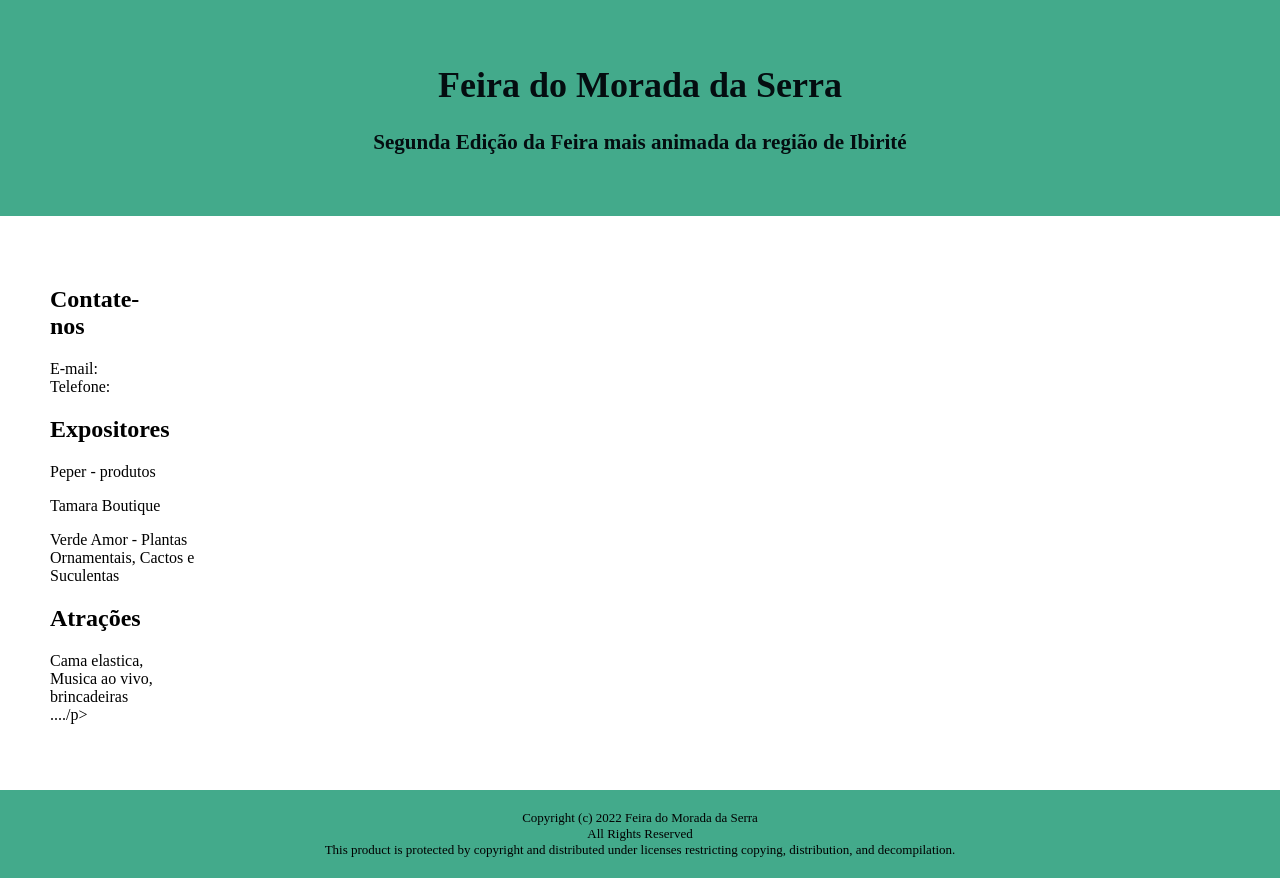
Repository: valerianogueirasilva/feiraibirite
Page: SoacialProject/Index.html
An editor plug-in stored every save of this project. The page is shown before and after the next save, followed by the edit.
The browser window is 1280 px wide. The pictures show the whole page.

Above is the page before, as saved 2022-07-11 15:22:40.

### SoacialProject/Index.html
<!DOCTYPE html>
<html>
<head>
<meta charset="ISO-8859-1">
<title> Feira Social do Morada da Serra </title>
<link rel="stylesheet" type="text/css" href="Css/cssfile.css" >

<div id="DivHeaderId" class=DivHeaderClass">
<header id="HeaderId" class="HeaderClass">
<h1 id="H1HeaderId" class="H1HeaderClass">Feira do Morada da Serra</h1>
<h3 id="H3HeaderId" class="H3HeaderClass">Segunda Edição da Feira mais animada da região de Ibirité</h3>
</header>
</div>


</head>
<body>

<div id= "DivRowId" class="DivRowClass">
  <div id="ColumnRigthId" class="ColumnRigthClass">
    <h2>Contate-nos</h2>
    <p>E-mail: <br> Telefone: <br> </p>
  </div>

  <div ide="ColumnMiddleId" class="ColumnMiddleClass">
    <h2>Expositores</h2>
    <p id="PeperId" Class="PeperClass"> Peper - produtos </p>
    <p> Tamara Boutique </p>
    <p id="VerdeAmorId" class="VerdeAmorClass"> Verde Amor - Plantas Ornamentais, Cactos e Suculentas</p>
    <p></p>
    <p></p>
    <p></p>
    <p></p>
    <p></p>
    <p></p>
    <p></p>
    <p></p>
    <p></p>
    <p></p>
    <p></p>
    <p></p>
    <p></p>
    <p></p>
    <p></p>
    <p></p>
    <p></p>
    <p></p>
    <p></p>
    <p></p>
    <p></p>
    <p></p>
    <p></p>
    <p></p>
    <p></p>

  </div>

<div id="ColumnLeftId" class="ColumnLeftClass"">
    <h2>Atrações</h2>
    <p>Cama elastica, Musica ao vivo, brincadeiras ..../p>
  </div>
</div>


<footer ide="FooterId" class="FooterClass" >Copyright (c) 2022 Feira do Morada da Serra <br> All Rights Reserved <br>

This product is protected by copyright and distributed under
licenses restricting copying, distribution, and decompilation. </footer>

</body>
</html>

### SoacialProject/Css/cssfile.css
/*
Author: Valeria Nogueira
Date: 11 july 2022
Section: Social Project

https://coolors.co/f94144-f3722c-f8961e-fdc9b0-f9c74f-74a94c-43aa8b-4f9290-ffffff-040d10
*/

.HeaderClass {
   text-align: center;
   background: #43AA8B;
   padding: 40px;
   font-size: 18px;
   color: #040D10;
}

body {
  margin: 0;
}


.DivRowClass{
	float: center;
	padding: 50px;
	width: 33%;
}


.column {
  float: left;
  padding: 10px;
}

.ColumnRigthClass {
	width: 25%;
}
.ColumnMiddleClass{
	width: 50%;
}

.ColumnLeftClass {
	width: 25%;
}

/* Clear floats after the columns */
.row:after {
  content: "";
  display: table;
  clear: both;
}








.FooterClass {
	text-align: center;
	padding: 20px;
	background: #43AA8B;
	font-size: 13px;
}

After the next save:
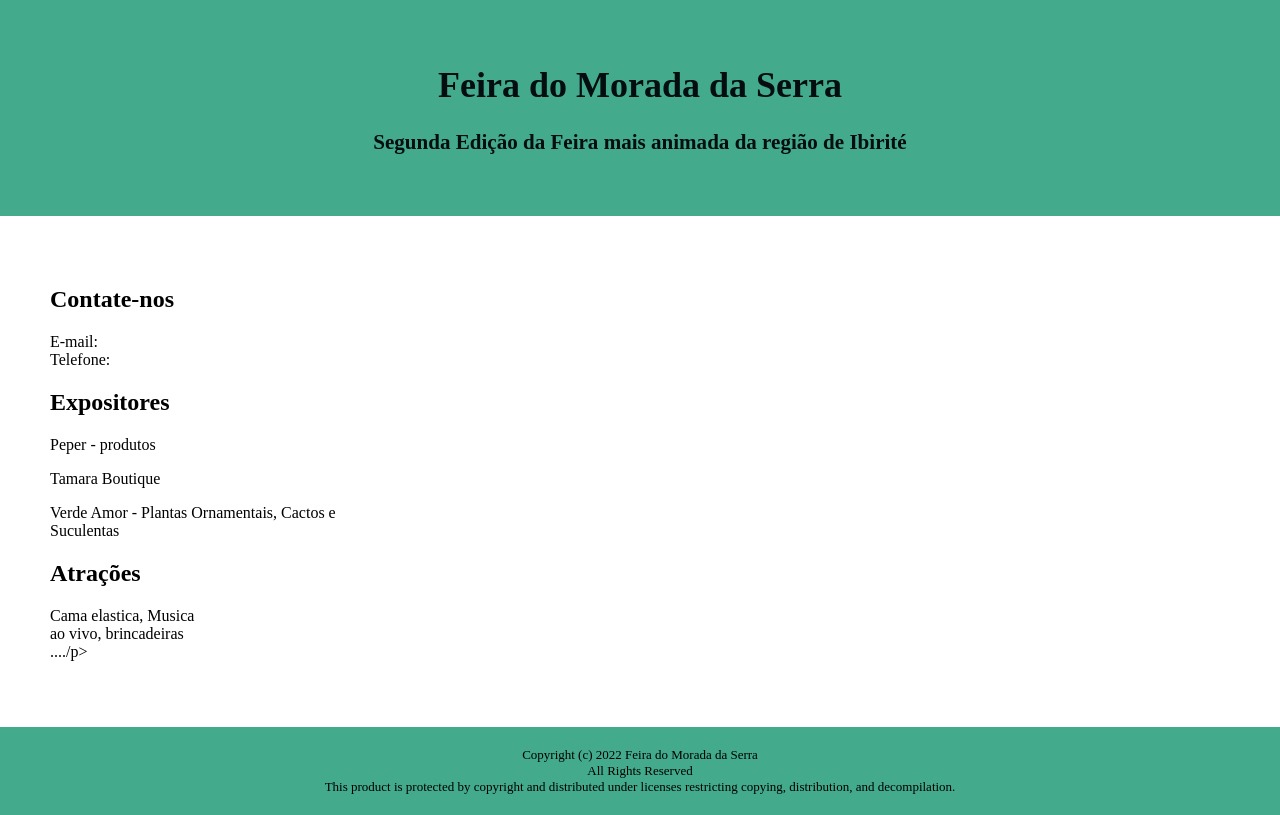
Saved 11 s later.
--- a/SoacialProject/Css/cssfile.css
+++ b/SoacialProject/Css/cssfile.css
@@ -22,7 +22,7 @@ body {
 .DivRowClass{
 	float: center;
 	padding: 50px;
-	width: 33%;
+	width: 50%;
 }
 
 
